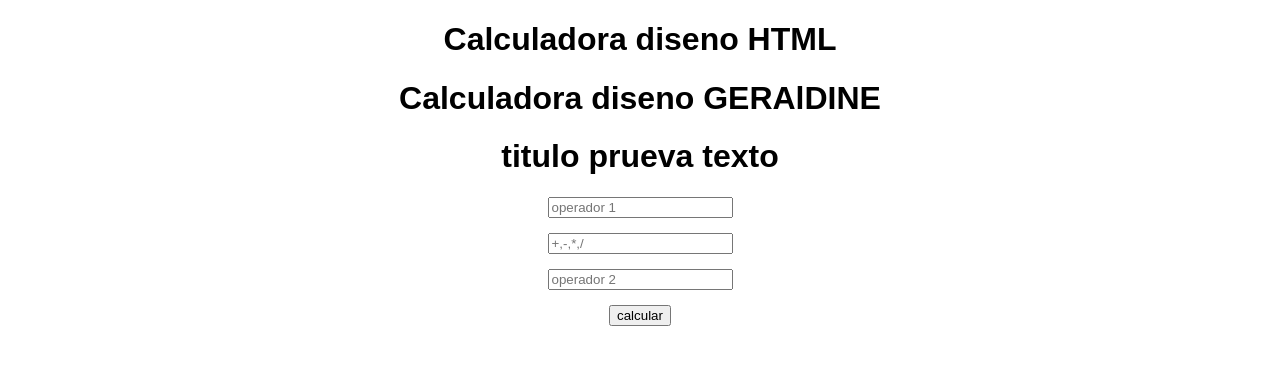
Repository: geraldine-ventura/Calculadora-JS
Page: indexcalcu.html
The author's editor kept a copy of each file at every save. The page is drawn from the files as they stood at one save, then again after the next save.
The browser window is 1280 px wide. The pictures show the whole page.

Above is the page before, as saved 2022-12-13 22:22:45.

### indexcalcu.html
<!DOCTYPE html>
<html lang="en">
<head>
    <meta charset="UTF-8">
    <meta http-equiv="X-UA-Compatible" content="IE=edge">
    <meta name="viewport" content="width=device-width, initial-scale=1.0">
    <title>Calculadora HTML</title>
    <script src="./calculadora.js" defer></script>
    <style>
        body{
            font-family: sans-serif;
            text-align: center;
        }
        input{
            display: block;
            margin:auto;
            margin-bottom: 15px;
        }
    </style>
</head>
<body>
    <h1>Calculadora diseno HTML</h1>
    <h1>Calculadora diseno GERAlDINE</h1>
    <h1>titulo prueva texto</h1>

    <form action="" method="dialog">
      <input type="text" id="op1" placeholder="operador 1">
      <input type="text" id="operacion" placeholder="+,-,*,/">
      <input type="text"id="op2" placeholder="operador 2">
      <input type="submit" value="calcular" id="calcular">
   </form>

       <p id="resultado"></p>
</body>
</html>

### calculadora.js
console.log("java scrip conect exitosamente")
const txtop1 =document.getElementById("op1")
const txtOperacion=document.getElementById("operacion")
const txtop2 =document.getElementById("op2")
const btnCalcular= document.getElementById("calcular")
const pResultado= document.getElementById("resultado")

btnCalcular.addEventListener("click", calcular)

function calcular(){
//console.log(txtOperacion.Value)

  const operacion= txtOperacion.value
  const op1 = parseFloat (txtop1.value)
  const op2 = parseFloat (txtop2.value)

   if(operacion =="+"||operacion=="-"||operacion=="+"||operacion=="/"&&!isNaN(op1)&&!isNaN(op2)){
    let resultado;
    switch (operacion){
        case"+":
            resultado = op1 + op2
            break;
         case"-":
            resultado = op1 - op2
            break;
        case"*":
            resultado = op1 *op2
            break;
        case"/":
            resultado = op1 / op2
            break;
       }
    pResultado.style= "color:black"
    pResultado.innerText= "= " + resultado
  }else{
    pResultado.style= "color:red"
    pResultado.innerText= "calculo imposible"
 }
}

After the next save:
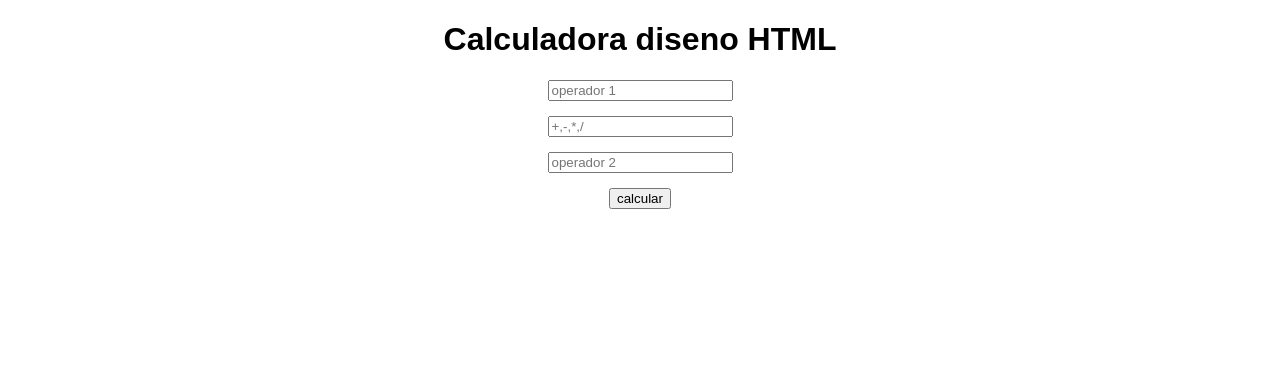
Saved 10 min 59 s later.
--- a/indexcalcu.html
+++ b/indexcalcu.html
@@ -20,9 +20,6 @@
 </head>
 <body>
     <h1>Calculadora diseno HTML</h1>
-    <h1>Calculadora diseno GERAlDINE</h1>
-    <h1>titulo prueva texto</h1>
-
     <form action="" method="dialog">
       <input type="text" id="op1" placeholder="operador 1">
       <input type="text" id="operacion" placeholder="+,-,*,/">
